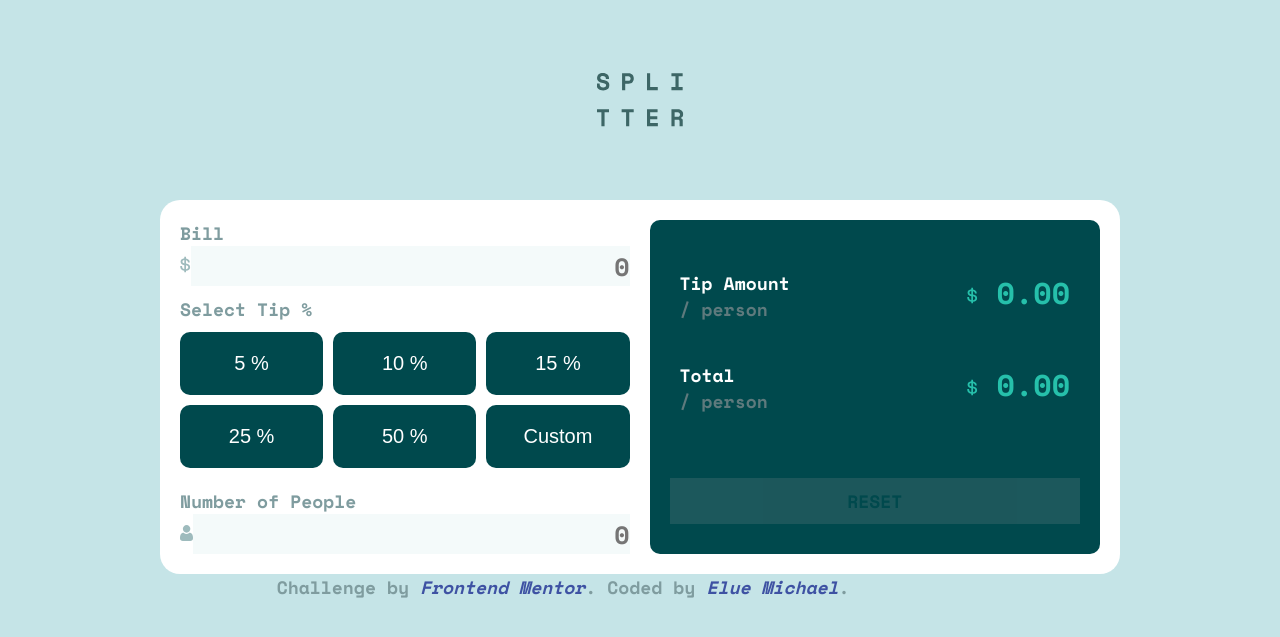
Repository: MeekyBerry/Frontend-Mentor-Challenges
Page: tip-calculator-app/index.html
The author's editor kept a copy of each file at every save. The page is drawn from the files as they stood at one save, then again after the next save.
The browser window is 1280 px wide. The pictures show the whole page.

Above is the page before, as saved 2023-03-28 02:43:53.

### tip-calculator-app/index.html
<!DOCTYPE html>
<html lang="en">

  <head>
    <meta charset="UTF-8">
    <meta name="viewport" content="width=device-width, initial-scale=1.0">
    <link rel="icon" type="image/png" sizes="32x32" href="./css/images/favicon-32x32.png">
    <title> Tip calculator app</title>
    <link rel="stylesheet" href="./css/style.css">
    <script src="./script.js" defer></script>
  </head>

  <body>
    <div class="heading-logo">
      <img src="./css/images/logo.svg" alt="Logo" class="logo">
    </div>

    <form id="form" class="background">
      <div class="first-container">
        <div class="bill-container">
          <label for="bill">Bill</label>
          <div class="icon-box">
            <div>
              <img src="./css/images/icon-dollar.svg" alt="Dollar Icon">
            </div>
            <input type="number" id="bill" placeholder="0" class="bill-input input-bar">
          </div>
        </div>

        <div class="tip">
          <div>Select Tip %</div>
          <div class="percent-container">
            <button type="button" class="percent five">5 %</button>
            <button type="button" class="percent ten">10 %</button>
            <button type="button" class="percent fiftheen">15 %</button>
            <button type="button" class="percent twenty-five">25 %</button>
            <button type="button" class="percent fifty">50 %</button>
            <button type="button" class="percent custom" id="cst-btn">Custom</button>
          </div>
        </div
        <div>
          <label for="number">Number of People</label>
          <div class="icon-box">
            <div>
              <img src="./css/images/icon-person.svg" alt="Person Icon">
            </div>
            <input type="number" id="number" class="number-input input-bar" placeholder="0">
          </div>
        </div>
      </div>

      <div class="second-container">
        <div class="amount">
          <p>Tip Amount <span class="person">/ person</span></p>
          <div class="digit">
            <svg xmlns="http://www.w3.org/2000/svg" width="11" height="17">
              <path fill="var(--Strong-cyan)"
                d="M6.016 16.328v-1.464c1.232-.08 2.22-.444 2.964-1.092.744-.648 1.116-1.508 1.116-2.58v-.144c0-.992-.348-1.772-1.044-2.34-.696-.568-1.708-.932-3.036-1.092V4.184c.56.144 1.012.4 1.356.768.344.368.516.816.516 1.344v.288h1.824v-.432c0-.448-.088-.876-.264-1.284a3.783 3.783 0 00-.744-1.116A4.251 4.251 0 007.54 2.9a5.324 5.324 0 00-1.524-.492V.872H4.288V2.36a5.532 5.532 0 00-1.416.324c-.448.168-.84.392-1.176.672-.336.28-.604.616-.804 1.008-.2.392-.3.844-.3 1.356v.144c0 .96.316 1.708.948 2.244.632.536 1.548.884 2.748 1.044v3.912c-.704-.16-1.248-.472-1.632-.936-.384-.464-.576-1.08-.576-1.848v-.288H.256v.576c0 .464.08.924.24 1.38.16.456.404.88.732 1.272.328.392.744.728 1.248 1.008s1.108.476 1.812.588v1.512h1.728zM4.288 7.424c-.688-.128-1.164-.332-1.428-.612-.264-.28-.396-.644-.396-1.092 0-.464.176-.832.528-1.104.352-.272.784-.448 1.296-.528v3.336zm1.728 5.712V9.344c.768.128 1.328.328 1.68.6.352.272.528.688.528 1.248 0 .544-.196.984-.588 1.32-.392.336-.932.544-1.62.624z" />
            </svg>
            <span id="tip-amount">0.00</span>
          </div>
        </div>

        <div class="amount">
          <p>Total <span class="person">/ person</span></p>
          <div class="digit">
            <svg xmlns="http://www.w3.org/2000/svg" width="11" height="17">
              <path fill="var(--Strong-cyan)"
                d="M6.016 16.328v-1.464c1.232-.08 2.22-.444 2.964-1.092.744-.648 1.116-1.508 1.116-2.58v-.144c0-.992-.348-1.772-1.044-2.34-.696-.568-1.708-.932-3.036-1.092V4.184c.56.144 1.012.4 1.356.768.344.368.516.816.516 1.344v.288h1.824v-.432c0-.448-.088-.876-.264-1.284a3.783 3.783 0 00-.744-1.116A4.251 4.251 0 007.54 2.9a5.324 5.324 0 00-1.524-.492V.872H4.288V2.36a5.532 5.532 0 00-1.416.324c-.448.168-.84.392-1.176.672-.336.28-.604.616-.804 1.008-.2.392-.3.844-.3 1.356v.144c0 .96.316 1.708.948 2.244.632.536 1.548.884 2.748 1.044v3.912c-.704-.16-1.248-.472-1.632-.936-.384-.464-.576-1.08-.576-1.848v-.288H.256v.576c0 .464.08.924.24 1.38.16.456.404.88.732 1.272.328.392.744.728 1.248 1.008s1.108.476 1.812.588v1.512h1.728zM4.288 7.424c-.688-.128-1.164-.332-1.428-.612-.264-.28-.396-.644-.396-1.092 0-.464.176-.832.528-1.104.352-.272.784-.448 1.296-.528v3.336zm1.728 5.712V9.344c.768.128 1.328.328 1.68.6.352.272.528.688.528 1.248 0 .544-.196.984-.588 1.32-.392.336-.932.544-1.62.624z" />
            </svg>
            <span id="total">0.00</span>
          </div>
        </div>
        <div class="btn-wrapper">
          <button type="reset" id="reset" class="btn">Reset</button>
        </div>
      </div>
    </form>

    <!-- // Hidden input field for custom buttn -->
    <input type="hidden" id="cst-input" class="percent cst" value="0">

    <div class="attribution">
      Challenge by <a href="https://www.frontendmentor.io?ref=challenge" target="_blank">Frontend Mentor</a>.
      Coded by <a href="https://www.frontendmentor.io/profile/MeekyBerry" target="_blank">Elue Michael</a>.
    </div>
  </body>

</html>

### tip-calculator-app/css/style.css
@import url("https://fonts.googleapis.com/css2?family=Space+Mono:wght@400;700&display=swap");

:root {
  /* ### Primary */
  --Strong-cyan: hsl(172, 67%, 45%);
  /* ### Neutral */
  --Very-dark-cyan: hsl(183, 100%, 15%);
  --Dark-grayish-cyan: hsl(186, 14%, 43%);
  --Grayish-cyan: hsl(184, 14%, 56%);
  --Light-grayish-cyan: hsl(185, 41%, 84%);
  --Very-light-grayish-cyan: hsl(189, 41%, 97%);
  --White: hsl(0, 0%, 100%);
  --dark-blue: hsl(228, 45%, 44%);
}

html {
  font-size: 50%;
}

*,
::before,
::after {
  margin: 0;
  padding: 0;
  box-sizing: border-box;
}

body {
  font-size: 1.8rem;
  font-family: "Space Mono", sans-serif;
  font-weight: 700;
  background-color: var(--Light-grayish-cyan);
  color: var(--Grayish-cyan);
  height: 100%;
  width: 100%;
}

.heading-logo {
  height: 20rem;
  width: 100%;
  position: relative;
}

.logo {
  position: absolute;
  top: 50%;
  left: 50%;
  transform: translate(-50%, -50%);
}

.background {
  display: flex;
  flex-direction: column;
  justify-content: space-around;
  background-color: var(--White);
  height: 80rem;
  width: 100%;
  border-radius: 2rem;
  padding: 0 5rem;
}

label {
  display: block;
}

.icon-box {
  display: flex;
  align-items: center;
}

.input-bar {
  width: 100%;
  height: 4rem;
  border: none;
  font-size: 2.5rem;
  font-family: "Space Mono", sans-serif;
  font-weight: 700;
  background: var(--Very-light-grayish-cyan) no-repeat;
  text-align: end;
}

.input-bar:focus {
  outline-color: var(--Strong-cyan);
}

.input-bar::placeholder {
  text-align: end;
}
/* Remove Arrows/Spinners ON INPUT */
input::-webkit-outer-spin-button,
input::-webkit-inner-spin-button {
  -webkit-appearance: none;
}
/* Firefox */
input[type="number"] {
  -moz-appearance: textfield;
}

.tip {
  padding: 1rem 0;
}

.percent-container {
  display: grid;
  grid-template-columns: repeat(2, 1fr);
  grid-template-rows: repeat(3, 1fr);
  grid-template-areas:
    "five ten"
    "fiftheen twentyFive"
    "fifty custom";
  gap: 1rem;
  padding: 1rem 0;
}

.percent {
  background-color: var(--Very-dark-cyan);
  color: var(--White);
  text-align: center;
  padding: 2rem;
  border-radius: 1rem;
  border: none;
  font-size: 2rem;
  width: 100%;
}

.percent:active {
  background-color: var(--Strong-cyan);
  color: var(--Very-dark-cyan);
  font-weight: 700;
}

.five {
  grid-area: five;
}

.ten {
  grid-area: ten;
}

.fiftheen {
  grid-area: fiftheen;
}

.twenty-five {
  grid-area: twentyFive;
}

.fifty {
  grid-area: fifty;
}

.custom {
  grid-area: custom;
}

/* .custom > .percent {
  width: 100%;
  background-color: var(--Very-light-grayish-cyan);
  color: var(--Very-dark-cyan);
} */

.cst:focus {
  outline-color: var(--Strong-cyan);
  text-align: end;
}

.second-container {
  background-color: var(--Very-dark-cyan);
  border-radius: 1rem;
  padding: 3rem 2rem;
}

.amount {
  display: flex;
  justify-content: space-between;
  padding: 2rem 1rem;
}

p {
  color: var(--White);
}

.person {
  display: block;
  font-size: 1.8rem;
  color: var(--Dark-grayish-cyan);
}

.digit {
  color: var(--Strong-cyan);
  font-size: 3rem;
}

.dollar {
  filter: var(--Strong-cyan);
}

.btn {
  width: 100%;
  padding: 1rem;
  background-color: var(--Dark-grayish-cyan);
  color: var(--Very-dark-cyan);
  border: none;
  text-transform: uppercase;
  font-size: 1.8rem;
  font-weight: 700;
  font-family: "Space Mono", sans-serif;
  opacity: 0.3;
}

.attribution {
  font-size: 1.8rem;
  text-align: center;
  width: 88%;
}

.attribution a {
  color: var(--dark-blue);
  text-decoration: none;
  font-style: italic;
}

@media only screen and (min-width: 1000px) {
  html {
    font-size: 62.5%;
  }

  .background {
    width: 75%;
    height: 75%;
    margin: 0rem auto;
    flex-direction: row;
    gap: 2rem;
    padding: 2rem;
  }

  .first-container {
    display: flex;
    flex-direction: column;
    justify-content: space-around;
    width: 50%;
  }

  .percent-container {
    grid-template-columns: repeat(3, 1fr);
    grid-template-rows: repeat(2, 1fr);
    grid-template-areas:
      "five ten fiftheen"
      "twentyFive fifty custom";
  }

  .second-container {
    display: flex;
    flex-direction: column;
    width: 50%;
  }

  .btn-wrapper {
    margin-top: auto;
  }
}

### tip-calculator-app/script.js
// 1. Get the bill amount from the input field
const billInput = document.getElementById('bill');
// 2. Get the tip percentage from the Button array
const tipButtons = document.querySelectorAll('.percent');
// 2.1. The percentage array contains a Custom button which toggles to input field when clicked
const customButton = document.querySelector('.custom');
// 2.2. Get the custom percentage from the input field
const customInput = document.createElement('input');
// 3. Get the number of people from the input field
const peopleInput = document.getElementById('number')
// 4. Calculate the tip amount per person;
const tipAmountSpan = document.getElementById('tip-amount');
// 5. Calculate the total cost per person
const totalAmountSpan = document.getElementById('total');
// 6. Display the tip amount per person
const resetButton = document.getElementById('reset');


let bill = 0;
let tipPercentage = 0;
let customPercentage = 0;
let people = 0;

let inputPeople = false;
let error = true;

// add input validation for bill and people fields
billInput.addEventListener('input', () => {
    bill = Number(billInput.value);
    calculateTip();
});

peopleInput.addEventListener('input', () => {
    people = Number(peopleInput.value);
    calculateTip();
});

// add event listeners for tip buttons
tipButtons.forEach(button => {
    button.addEventListener('click', () => {
        if (button.classList.contains('custom')) {
            customInput.type = 'number';
            customInput.min = 1;
            customInput.placeholder = 'Custom';
            button.parentNode.replaceChild(customInput, button);
            customInput.focus();
        } else {
            tipPercentage = Number(button.textContent.replace('%', ''));
            calculateTip();
        }
    });
});

// add event listener for custom input
customInput.addEventListener('input', () => {
    customPercentage = Number(customInput.value);
    calculateTip();
});

// add event listener for reset button
resetButton.addEventListener('click', () => {
    billInput.value = '';
    peopleInput.value = '';
    tipAmountSpan.textContent = '$0.00';
    totalAmountSpan.textContent = '$0.00';
    bill = 0;
    tipPercentage = 0;
    customPercentage = 0
    people = 0;
    // customInput.parentNode.replaceChild(customButton, customInput);
});

// calculate tip and total amount
const calculateTip = () => {
    if (people > 0) {
        inputPeople = true;
        let tip = (bill * (tipPercentage + customPercentage)) / 100;
        let total = bill + tip;
        let tipPerPerson = tip / people;
        let totalPerPerson = total / people;
        tipAmountSpan.textContent = `$${tipPerPerson.toFixed(2)}`;
        totalAmountSpan.textContent = `$${totalPerPerson.toFixed(2)}`;
    }
};







// const BILL = document.querySelector('.bill-input');
// const TIP_PERCENT = document.querySelectorAll('.percent');
// const PEOPLE = document.querySelector('.number-input');
// const TOTAL_BILL = document.getElementById('total');
// const TIP_AMOUNT = document.getElementById('tip-amount');
// const CUSTOM = document.querySelector('.custom');
// const CUSTOM_BUTTON = document.getElementById('cst-btn')
// const CUSTOM_INPUT = document.getElementById('cst-input')
// const RESET = document.getElementById('reset');

// let billValue;
// let person;
// let customValue;
// let custom = 0;

// let myArray = [5, 10, 15, 25, 50, custom];
// let tipAmount = 0;

// let error = true;
// let inputPeople = false;

// const calculateHandler = () => {
//     if (inputPeople) {
//         let amount = (billValue + tipAmount) / person;
//         TOTAL_BILL.textContent = `${amount.toFixed(2)}`;
//     }
// };

// BILL.addEventListener('change', () => {
//     error = !error;
//     billValue = parseFloat(BILL.value);
//     TIP_PERCENT.forEach((el, idx) => {
//         let percent = myArray[idx];
//         el.addEventListener('click', (e) => {
//             let target = e.target;
//             if (target.classList.contains('percent')) {
//                 let percent = parseFloat(target.textContent);
//                 if (isNaN(percent)) {
//                     percent = customValue;
//                 } else {
//                     customValue = 0;
//                 }
//                 // if (CUSTOM.firstElementChild === CUSTOM_INPUT && idx === 5) {
//                 //     CUSTOM_INPUT.addEventListener('change', () => {
//                 //         customValue = parseFloat(CUSTOM_INPUT.value);
//                 //         tipAmount = CUSTOM_INPUT.value * (percent / 100);
//                 //         TIP_AMOUNT.textContent = `${tipAmount.toFixed(2)}`;
//                 //         calculateHandler();
//                 //     })
//                 // }
//                 tipAmount = billValue * (percent / 100);
//                 TIP_AMOUNT.textContent = `${tipAmount.toFixed(2)}`;
//                 calculateHandler();
//             }
//         });
//     });
// });


//     // billValue = +BILL.value;
//     // TIP_PERCENT.forEach((el, idx) => {
//     //     let percent = myArray[idx];
//     //     el.addEventListener('click', () => {
//     //         if (CUSTOM.firstElementChild === CUSTOM_INPUT && idx === 5) {
//     //             CUSTOM_INPUT.addEventListener('change', () => {
//     //                 customValue = +CUSTOM_INPUT.value;
//     //                 tipAmount = CUSTOM_INPUT.value * (+percent / 100);
//     //                 TIP_AMOUNT.textContent = `${tipAmount.toFixed(2)}`;
//     //                 calculateHandler();
//     //             })
//     //         }
//     //         tipAmount = BILL.value * (+percent / 100);
//     //         TIP_AMOUNT.textContent = `${tipAmount}`;
//     //         calculateHandler();
//     //     });
//     // });

// // TIP_PERCENT.addEventListener('click', (e) => {
// //     let target = e.target;
// //     if (target.classList.contains('percent')) {
// //       let percent = parseFloat(target.textContent);
// //       if (isNaN(percent)) {
// //         percent = customValue;
// //       } else {
// //         customValue = 0;
// //       }
// //       tipAmount = billValue * (percent / 100);
// //       TIP_AMOUNT.textContent = `${tipAmount.toFixed(2)}`;
// //       calculateHandler();
// //     }
// //   });


// PEOPLE.addEventListener('input', () => {
//     // inputPeople = !inputPeople;
//     // person = +PEOPLE.value;
//     // if (!error) {
//     //     calculateHandler();
//     // }
//  inputPeople = true;
//   person = parseFloat(PEOPLE.value);
//   if (!error && person > 0) {
//     calculateHandler();
//   } else {
//     TOTAL_BILL.textContent = '0.00';
//   }
// });

// CUSTOM.addEventListener('click', () => {
//     // if (CUSTOM.firstElementChild === CUSTOM_BUTTON) {
//     //     CUSTOM.innerHTML = `<input type="number" id="cst-input" class="percent cst" />`
//     // }
//     if (CUSTOM.firstElementChild === CUSTOM_BUTTON) {
//         // CUSTOM.innerHTML = `<input type="number" id="cst-input" class="percent cst" />`
//         CUSTOM.innerHTML = `<input type="number" class="percent cst" />`;
//         CUSTOM_INPUT.addEventListener('change', () => {
//           customValue = parseFloat(CUSTOM_INPUT.value);
//           TIP_PERCENT.lastElementChild.textContent = `${customValue}%`;
//           tipAmount = billValue * (customValue / 100);
//           TIP_AMOUNT.textContent = `${tipAmount.toFixed(2)}`;
//           calculateHandler();

//         });
//       }
// })

// RESET.addEventListener('click', () => {
//     // BILL.value = '';
//     // PEOPLE.value = '';
//     // TIP_AMOUNT.textContent = '0.00';
//     // TOTAL_BILL.textContent = '0.00';
//     CUSTOM.innerHTML = `<button id="cst-btn" class="percent cst">Custom</button>`;
//     BILL.value = '';
//     PEOPLE.value = '';
//     TIP_AMOUNT.textContent = '0.00';
//     TOTAL_BILL.textContent = '0.00';
//     inputPeople = false;
//     customValue = 0;
//     tipAmount = 0;
// });

After the next save:
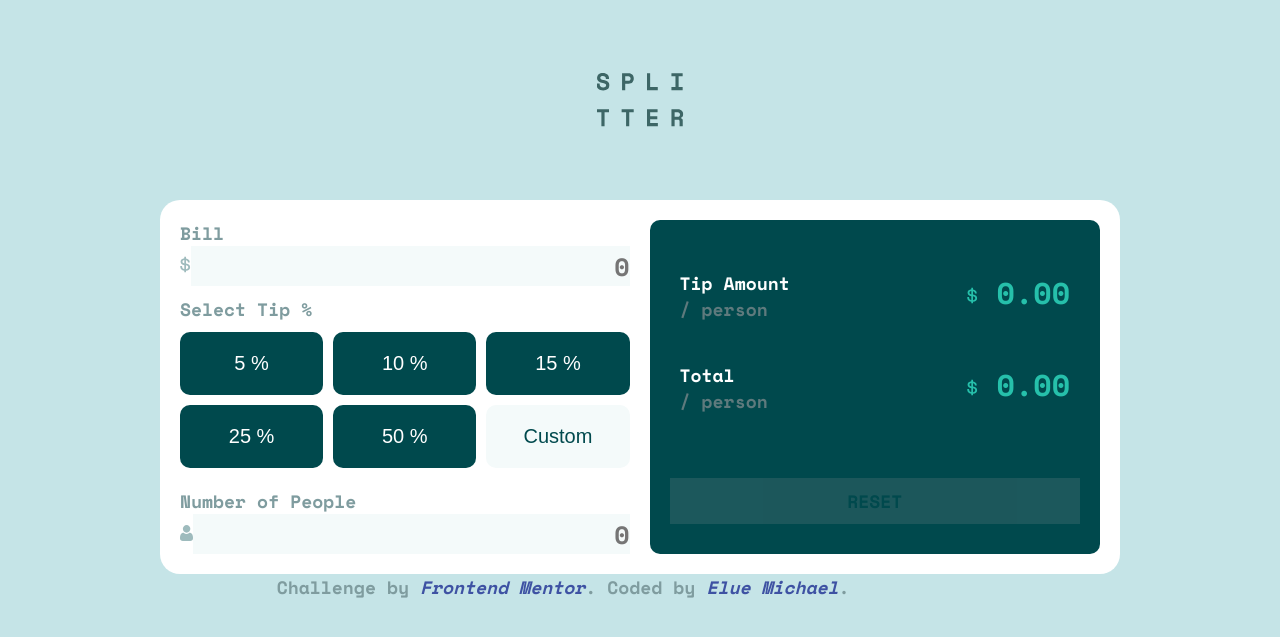
Saved 19 s later.
--- a/tip-calculator-app/css/style.css
+++ b/tip-calculator-app/css/style.css
@@ -151,6 +151,8 @@ input[type="number"] {
 
 .custom {
   grid-area: custom;
+  background-color: var(--Very-light-grayish-cyan);
+  color: var(--Very-dark-cyan);
 }
 
 /* .custom > .percent {
